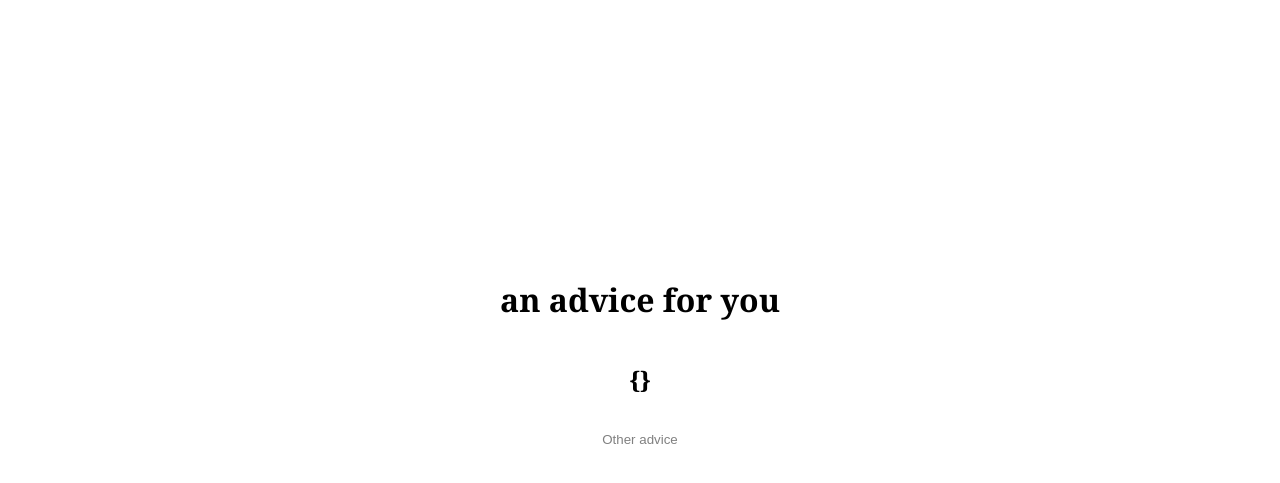
Repository: Fernandamendonc/Advice
Page: /
The author's editor kept a copy of each file at every save. The page is drawn from the files as they stood at one save, then again after the next save.
The browser window is 1280 px wide. The pictures show the whole page.
The page's requests for data from a server got no answer. The project was rebuilt for these pictures with package versions that can differ from the ones it lists, and the page was loaded fresh each time. The framework's server and built-in components were replaced by stand-ins that run in the browser. No one was signed in, and anything a server would have sent is missing. Also part of the build but not shown: next.config.js.

Above is the page before, as saved 2022-08-16 21:48:15.

### pages/_app.tsx
import '../styles/globals.css'
import type { AppProps } from 'next/app'

function MyApp({ Component, pageProps }: AppProps) {
  return <Component {...pageProps}/>
}

export default MyApp

### pages/index.tsx
import type { NextPage } from 'next'

import { Button } from '../src/components/button'

const Home: NextPage = () => {
  return (
    <>
      <Button />
    </>
  )
}

export default Home

### styles/globals.css
html,
body {
  padding: 0;
  margin: 0;
}

a {
  color: inherit;
  text-decoration: none;
}

* {
  box-sizing: border-box;
}

@media (prefers-color-scheme: dark) {
  html {
    color-scheme: gray;
  }
  body {
    color: white;
    background: gray;
  }
}

### src/components/button/index.tsx
import {useEffect, useState} from 'react'
import axios from 'axios'

import { Container } from './styles'

export function Button(){
  const [advice, adviceSet] = useState({})

  useEffect(() => {
    newAdvice()
  },[])

  function newAdvice(){
    axios.get("https://api.adviceslip.com/advice")
    .then((response) => {
      adviceSet(response.data)
    }).catch(() => {
      console.log('ERRO')
    })
  }
  return(
    <Container>
      <h1>an advice for you</h1>
      <h2>{JSON.stringify(advice)}</h2>
      <button onClick={newAdvice}>Other advice</button>
    </Container>
  )
}

### src/components/button/styles.ts
import styled from 'styled-components'

export const Container = styled.div`
  display: flex;
  justify-content: center;
  align-items: center;
  flex-direction: column;

  position: absolute;
  top: 50%;
  left: 50%;
  transform: translate(-50%, -50%);

  font-family: Cambria, Cochin, Georgia, Times, 'Times New Roman', serif ;

  button{
    padding: 1rem 5rem;

    color: gray;
    background: white;

    border: none;
    border-radius: 5rem;

    cursor: pointer;
  }
`

After the next save:
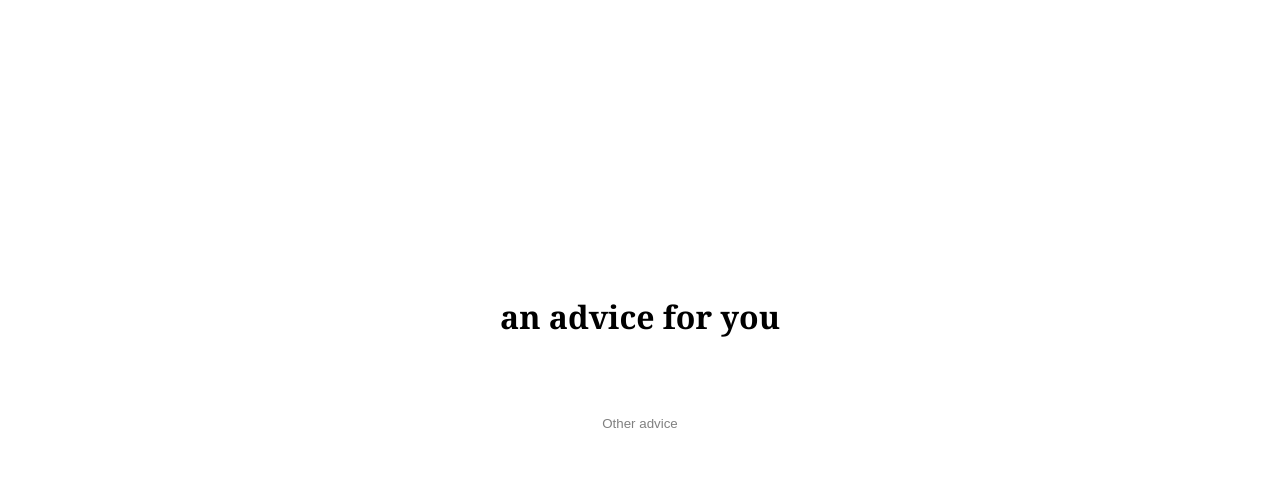
Saved 49 s later.
--- a/src/components/button/index.tsx
+++ b/src/components/button/index.tsx
@@ -4,7 +4,7 @@
 import { Container } from './styles'
 
 export function Button(){
-  const [advice, adviceSet] = useState({})
+  const [advice, adviceSet] = useState()
 
   useEffect(() => {
     newAdvice()

After the 2 saves that followed:
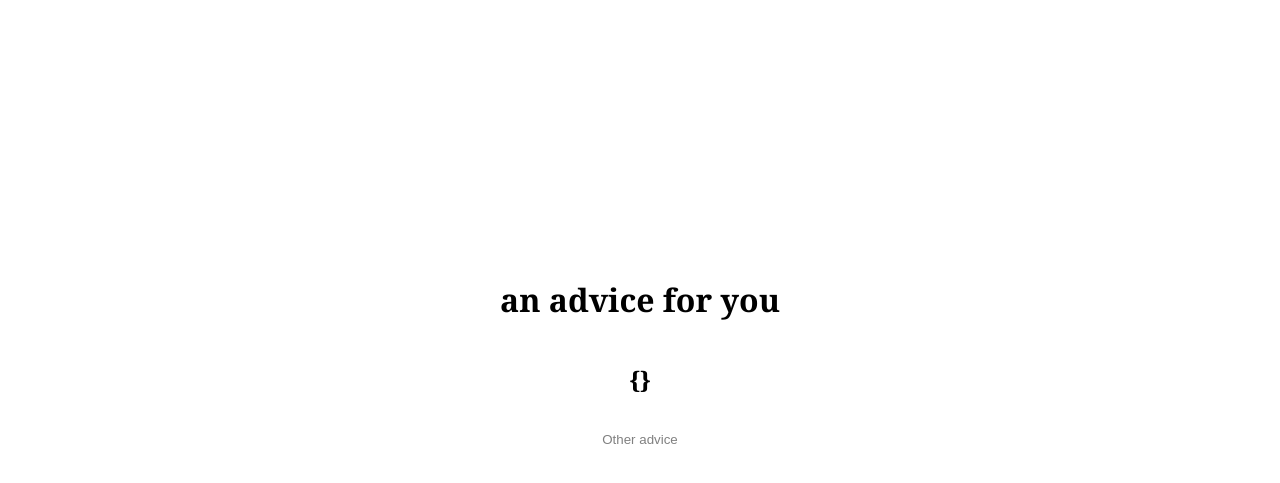
The 2 saves are shown as one change because 1 left the picture as it was.
The last was saved 50 s later.
--- a/src/components/button/index.tsx
+++ b/src/components/button/index.tsx
@@ -4,10 +4,10 @@
 import { Container } from './styles'
 
 export function Button(){
-  const [advice, adviceSet] = useState()
+  const [advice, adviceSet] = useState({})
 
   useEffect(() => {
-    newAdvice()
+    //newAdvice()
   },[])
 
   function newAdvice(){
